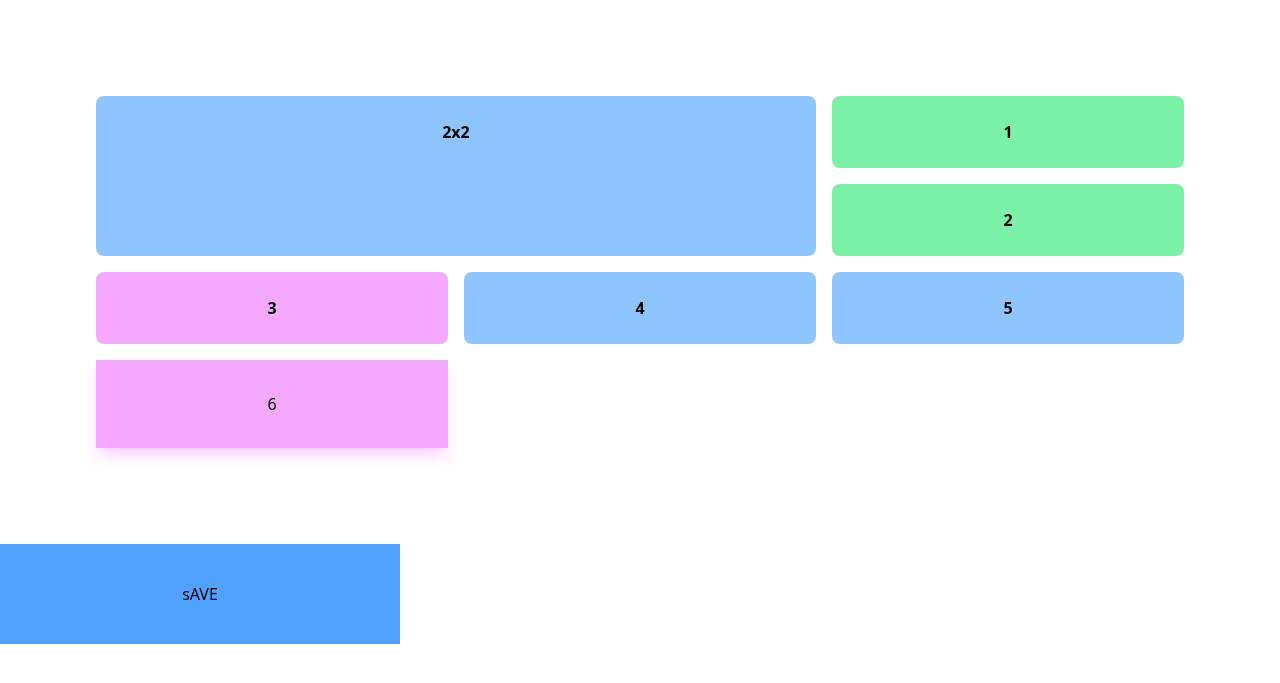
Repository: Abdulahi338/TailwindCss-exercise
Page: Exercise3/index.html
These files come from the project's save history. The page is drawn as it stood at one moment and after the next save; the edit follows.
The browser window is 1280 px wide. The pictures show the whole page.

Above is the page before, as saved 2025-08-12 17:55:48.

After the next save:
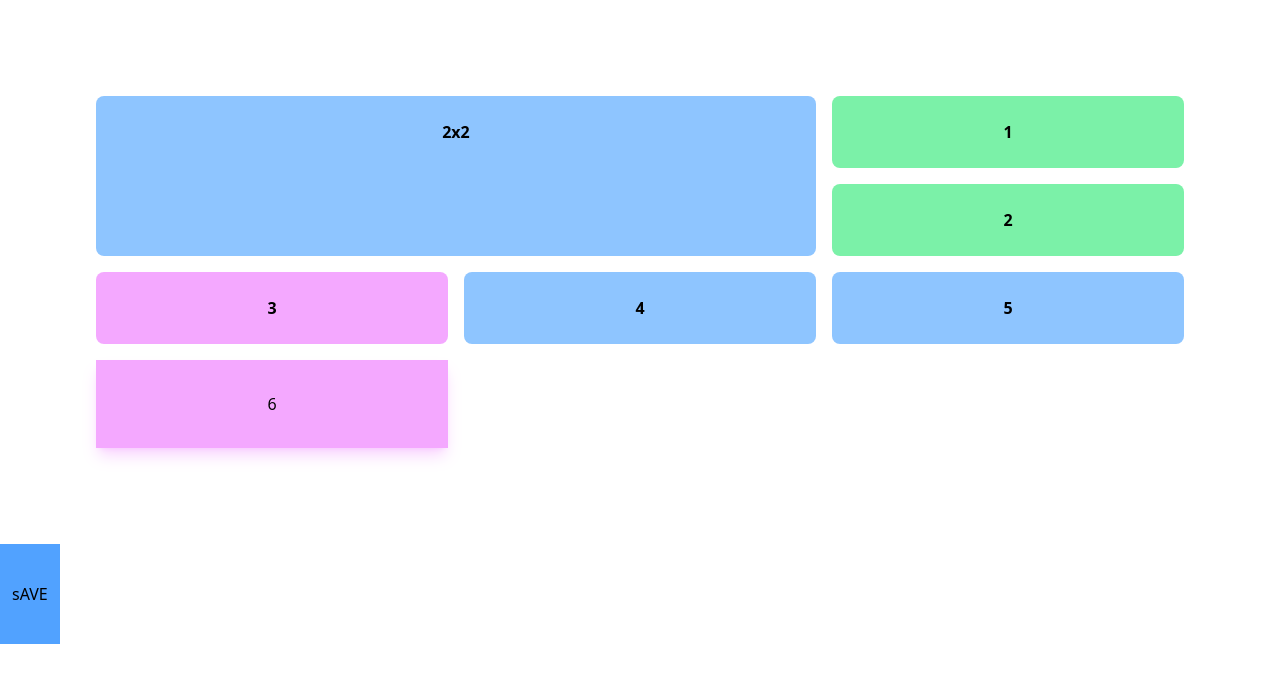
Saved 9 s later.
--- a/Exercise3/index.html
+++ b/Exercise3/index.html
@@ -19,7 +19,7 @@
         <div class="bg-fuchsia-300 p-8 font-med shadow-lg shadow-fuchsia-300/50">6</div>
 
     </div>
-            <button class="p-3 mx-auto w-100 h-[100px] bg-blue-400">sAVE</button>
+            <button class="p-3 mx-auto w- h-[100px] bg-blue-400">sAVE</button>
 
 
 
